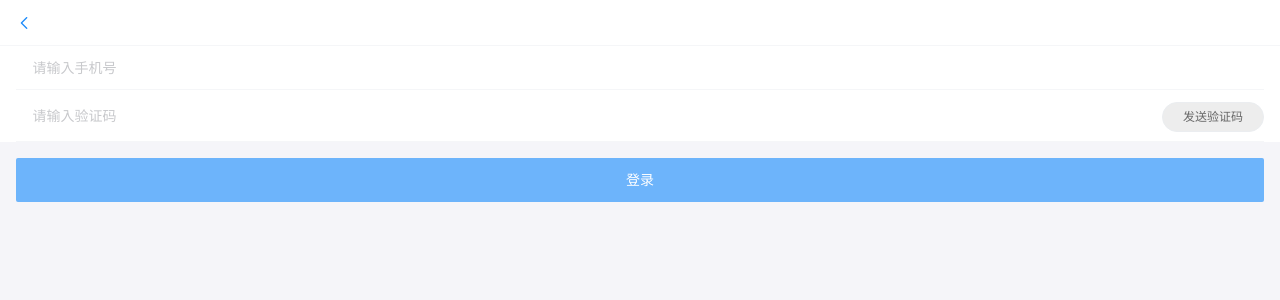
Repository: xn-lb/toutiao-mb
Page: /#/login
An editor plug-in stored every save of this project. The page is shown before and after a run of saves, followed by the edit.
The browser window is 1280 px wide. The pictures show the whole page.
Some web fonts or font styles are not loaded; a fallback is used. The project was rebuilt for these pictures with package versions that can differ from the ones it lists, and the page was loaded fresh each time. Also part of the build but not shown: vue.config.js.

Above is the page before, as saved 2023-03-23 21:11:08.

### src/main.js
import Vue from 'vue'
import App from './App.vue'
import router from './router'
import store from './store'
// 加载全局样式
import './styles/index.less'
import Vant from 'vant' //加载Vant 组件库
import 'vant/lib/index.css'
import 'amfe-flexible' //加载动态设置  rem 基准值

Vue.use(Vant); //注册使用组件库

Vue.config.productionTip = false

new Vue({
    router,
    store,
    render: h => h(App)
}).$mount('#app')

### src/App.vue
<template>
  <div id="app">
  <!-- 路由的出口 -->
    <router-view></router-view>



  </div>
</template>
<script>
export default {
  name: 'APP'
}
</script>
<style lang="less">

</style>

### src/router/index.js
import Vue from 'vue'
import VueRouter from 'vue-router'



Vue.use(VueRouter)

// 路由表
const routes = [{
        path: '/login',
        name: 'LoginIndex',
        component: () =>
            import ('@/views/login')
    },
    {
        path: '/',
        component: () =>
            import ('@/views/layout/'),
        children: [{
                path: '/qa',
                name: 'qa',
                component: () =>
                    import ('@/views/qa/')
            },
            {
                path: '/video',
                name: 'video',
                component: () =>
                    import ('@/views/video/')
            },
            {
                path: '/my', //默认子路由
                name: 'my',
                component: () =>
                    import ('@/views/my/')
            },
            {
                path: '', //默认子路由
                name: 'home',
                component: () =>
                    import ('@/views/home/')
            }
        ]
    }

]

const router = new VueRouter({
    routes
})

export default router

### src/styles/index.less
// 全局样式文件
// 加载图标样式
@import "./icon.less";

body{
    background-color: #f5f5f9;
}
.app-nav-bar{
    background-color: #3296fa;
    .van-nav-bar__title{
        color: #fff;
    }
}

### src/views/login/index.vue
<template>
  <div class="login-container">
    <!-- 导航栏 -->
    <van-nav-bar class="app-nav-bar"
     title=" 注册/ 登录"
     left-arrow
     @click-left="$router.back()"
     />

    <!-- 登录表单 -->
    <van-form >
  <van-field
    v-model="user.mobile"
    name="手机号"
    placeholder="请输入手机号"
   >
      <i slot="left-icon" class="toutiao toutiao-shouji"></i>
   </van-field>
  <van-field
    v-model="user.code"
    name="验证码"
    placeholder="请输入验证码"
  >
   <i slot="left-icon" class="toutiao toutiao-yanzhengma"></i>
   <template #button>
    <van-button size="small" type="default" round class="send-sms-btn">发送验证码</van-button>
  </template>
  </van-field>
  <div style="margin: 16px;">
    <van-button  block type="info" native-type="submit" class="login-btn-wrap"><span class="lg_btn">登录</span></van-button>
  </div>
</van-form>
  </div>
</template>

<script>
import {login} from '@/api/user'

export default {
  name: 'LoginIndex',
  components: {
    onsubmit
  },
  props: {},
  data () {
    return {
      user:{
        mobile:'',//手机号
        code:''//验证码
      }
    }
  },
  computed: {},
  watch: {},
  created () {},
  mounted () {},
  methods: {
    async onsubmit (){
      //1.获取表单数据
      const user = this.user
      //2.表单验证
      //3.提交表单登录
      try{
        const res = await login(user)
        console.log('登录成功', res);
      } catch (err){
        console.log('登录失败', err);
      }

      // 4.根据请求响应结果处理后续操作
    }
  }
}
</script>

<style scoped lang="less">
.page-nav-bar{
  background-color:#3296fa;
}
.login-container{
  .toutiao{
    font-style: 37px;
  }
}
.send-sms-btn{
  background-color: #ededed;
  font-style: 22px;
  color: #666;
  width: 102px;
  height: 30px;
  // line-height: 46;
}
.login-btn-wrap{
  background-color: #6db4fb;
  border: none;
  font-style: 42px;

}
</style>

### src/styles/icon.less
@font-face {
    font-family: "toutiao"; /* Project id 3968849 */
    src: url('//at.alicdn.com/t/c/font_3968849_y288fdc89co.eot?t=1679462277967'); /* IE9 */
    src: url('//at.alicdn.com/t/c/font_3968849_y288fdc89co.eot?t=1679462277967#iefix') format('embedded-opentype'), /* IE6-IE8 */
         url('//at.alicdn.com/t/c/font_3968849_y288fdc89co.woff2?t=1679462277967') format('woff2'),
         url('//at.alicdn.com/t/c/font_3968849_y288fdc89co.woff?t=1679462277967') format('woff'),
         url('//at.alicdn.com/t/c/font_3968849_y288fdc89co.ttf?t=1679462277967') format('truetype'),
         url('//at.alicdn.com/t/c/font_3968849_y288fdc89co.svg?t=1679462277967#toutiao') format('svg');
  }

  .toutiao {
    font-family: "toutiao" !important;
    font-size: 16px;
    font-style: normal;
    -webkit-font-smoothing: antialiased;
    -moz-osx-font-smoothing: grayscale;
  }

  .toutiao-guanbi:before {
    content: "\e601";
  }

  .toutiao-gengduo:before {
    content: "\e602";
  }

  .toutiao-pinglun:before {
    content: "\e603";
  }

  .toutiao-shanchu:before {
    content: "\e604";
  }

  .toutiao-dianzan:before {
    content: "\e605";
  }

  .toutiao-lishi:before {
    content: "\e606";
  }

  .toutiao-shipin:before {
    content: "\e607";
  }

  .toutiao-shoucang:before {
    content: "\e608";
  }

  .toutiao-yanzhengma:before {
    content: "\e609";
  }

  .toutiao-wenda:before {
    content: "\e60a";
  }

  .toutiao-fenxiang:before {
    content: "\e60b";
  }

  .toutiao-youjiantou:before {
    content: "\e60c";
  }

  .toutiao-wuwangluo:before {
    content: "\e60d";
  }

  .toutiao-shouji:before {
    content: "\e60e";
  }

  .toutiao-zuojiantou:before {
    content: "\e60f";
  }

  .toutiao-shouye:before {
    content: "\e610";
  }

  .toutiao-wode:before {
    content: "\e611";
  }

  .toutiao-sousuo:before {
    content: "\e612";
  }

  .toutiao-zuopin:before {
    content: "\e613";
  }

  .toutiao-yuedu:before {
    content: "\e614";
  }

### src/api/user.js
// 用户相关请求模块
import request from "@/utils/request";

export const login = data => {
    return request({
        method: 'POST',
        url: '/v1_0/authotizations',
        data
    })
}

### src/utils/request.js
// 封装axios 请求模块
import axios from "axios"

const request = axios.create({
    baseURL: 'http://toutiao.itheima.net/' //接口的基本路径
})


// 请求拦截器


// 响应拦截器

export default request

Loaded but not shown: public/index.html (common file); src/store/index.js (common file)

After the next 2 saves:
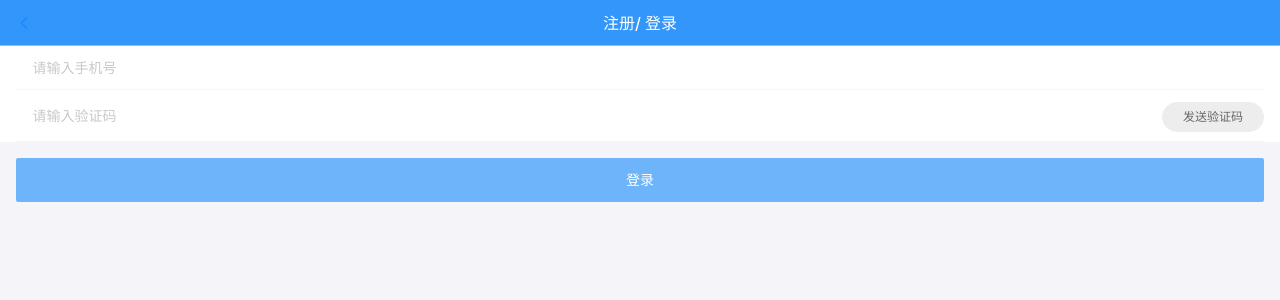
The 2 saves are shown as one change because 1 did not build or start.
The last was saved 85 s later.
--- a/src/styles/index.less
+++ b/src/styles/index.less
@@ -6,7 +6,7 @@ body{
     background-color: #f5f5f9;
 }
 .app-nav-bar{
-    background-color: #3296fa;
+    background-color: #3296fa !important;
     .van-nav-bar__title{
         color: #fff;
     }
